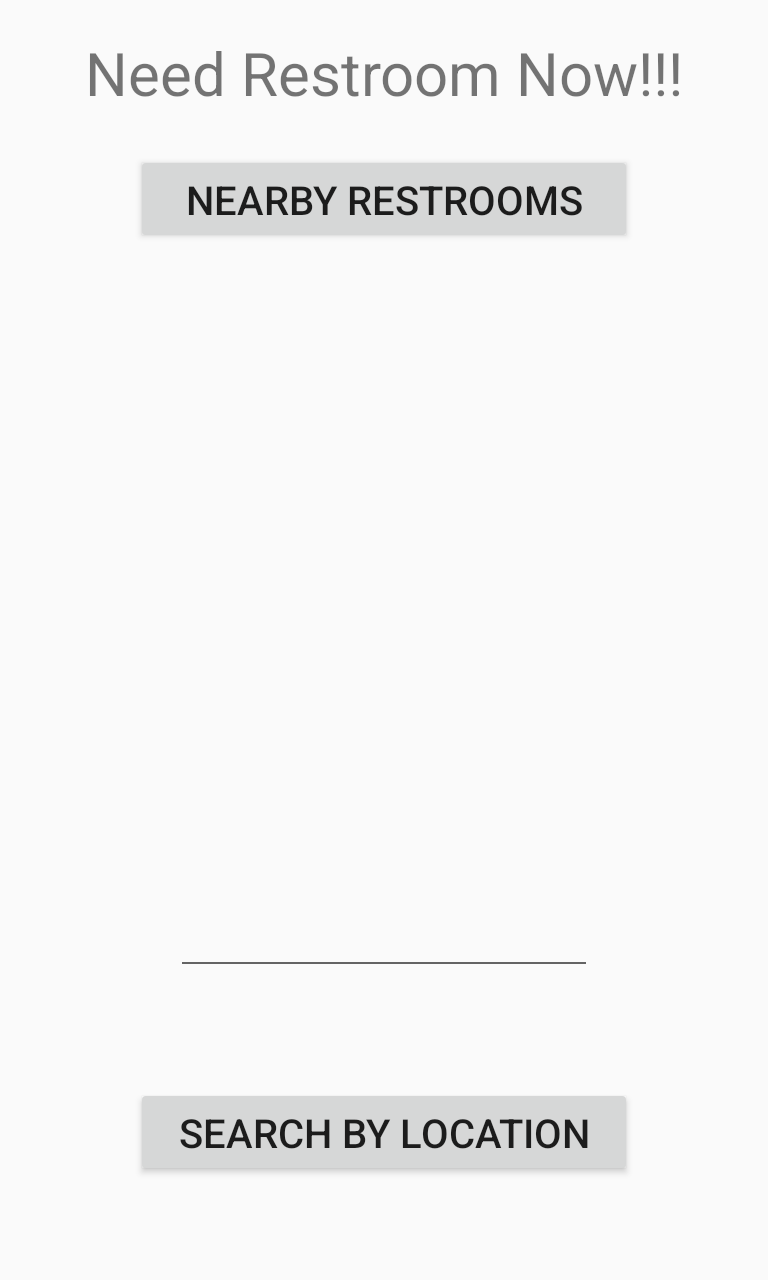
Repository: SarahDowlath/DebraGotToGo
Layout: GottahGo!/res/layout/fragment_main.xml
An editor plug-in stored every save of this project. The layout is shown before and after the next save, followed by the edit.
It is drawn on a 768 x 1280 px phone screen (xhdpi) without system bars, with theme AppTheme; the app's code is not run.

Above is the layout before, as saved 2014-07-08 16:56:27.

After the next save:
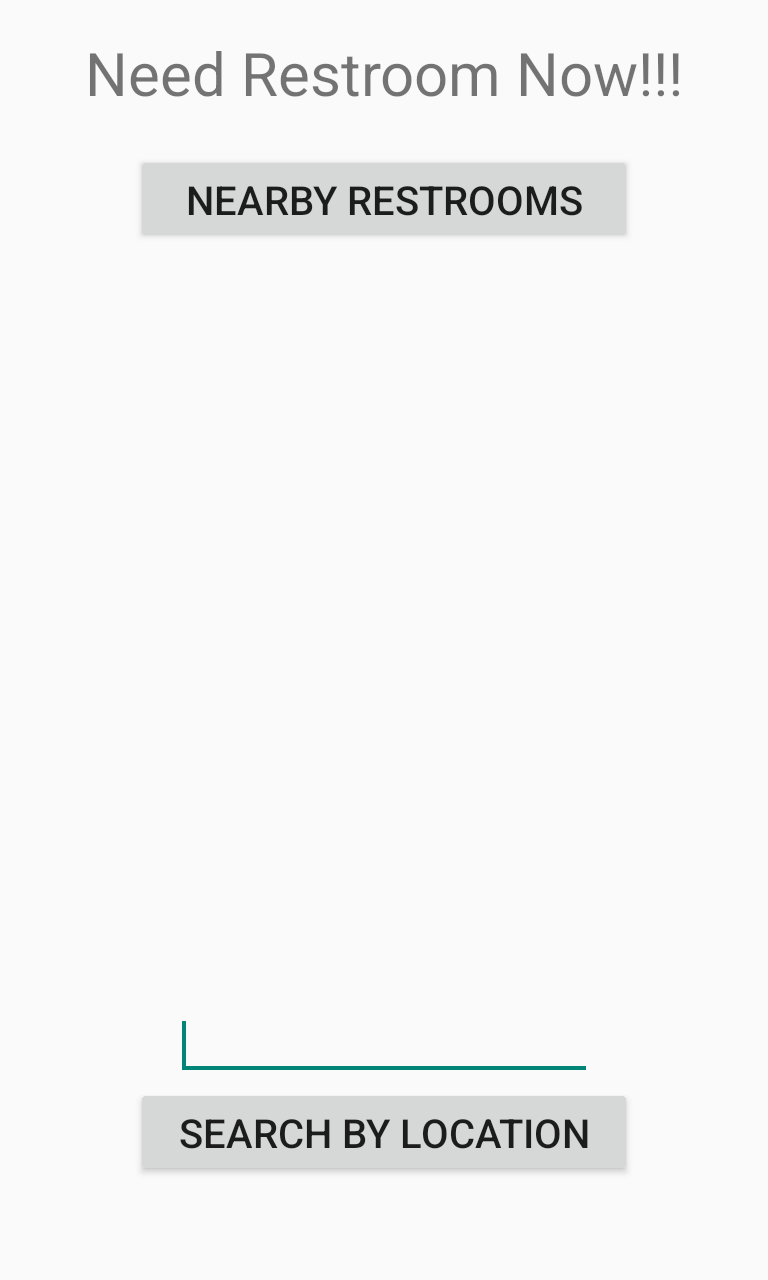
Saved 59 s later.
--- a/GottahGo!/res/layout/fragment_main.xml
+++ b/GottahGo!/res/layout/fragment_main.xml
@@ -46,7 +46,9 @@
         android:layout_height="wrap_content"
         android:layout_above="@+id/bsearch"
         android:layout_centerHorizontal="true"
-        android:layout_marginBottom="52dp"
-        android:ems="10" />
+        android:ems="10" >
+
+        <requestFocus />
+    </EditText>
 
 </RelativeLayout>
